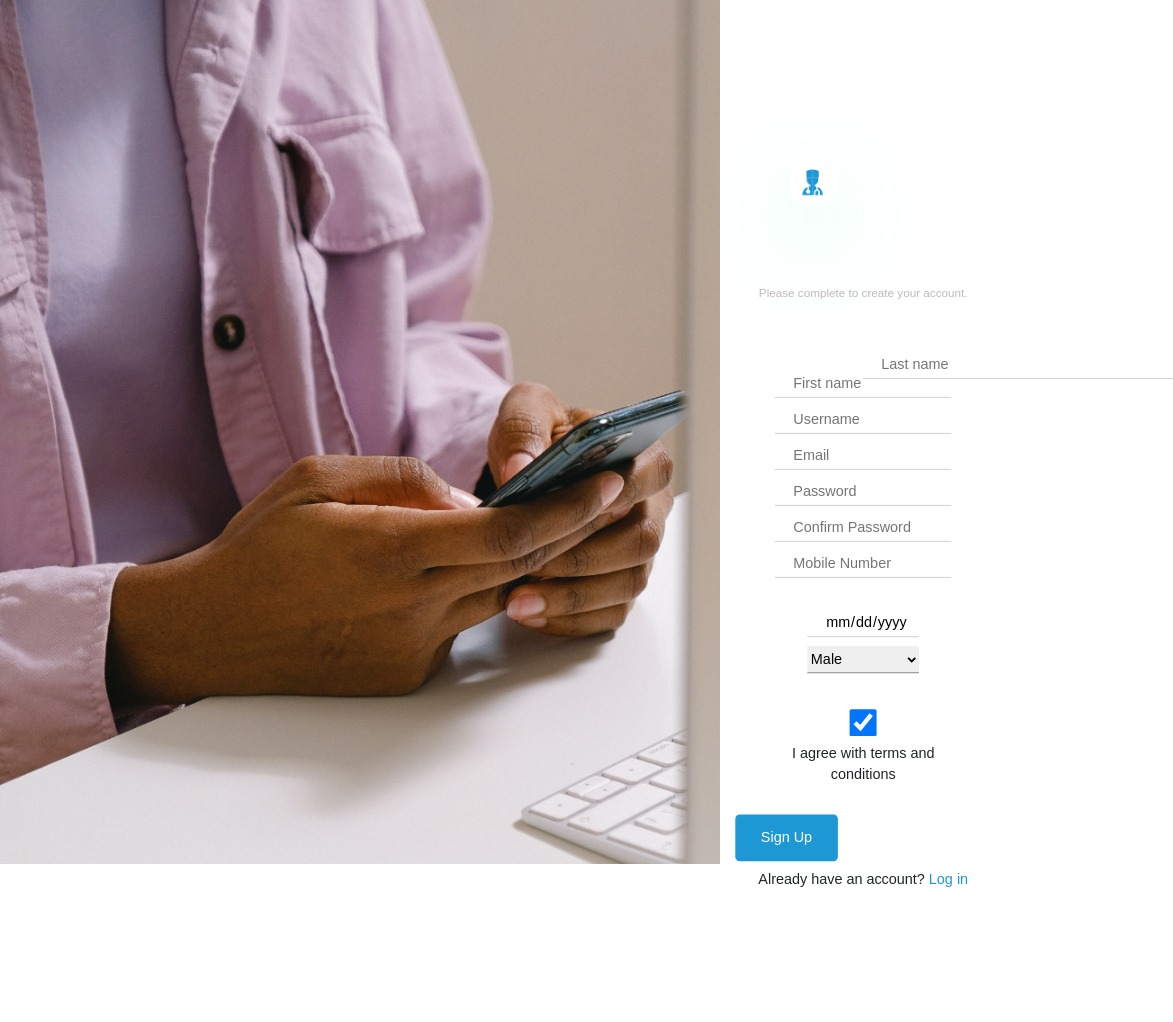
Repository: nsra/hadeel_doctor_system
Page: patient/register.html
The author's editor kept a copy of each file at every save. The page is drawn from the files as they stood at one save, then again after the next save.
The browser window is 1280 px wide. The page is 1303 px wide, so the pictures cover 1303 px, including what lies to the right of the window. The pictures show the whole page, at 90% of full size.
Some web fonts or font styles are not loaded; a fallback is used. Some web libraries are served in a nearby version.

Above is the page before, as saved 2022-03-29 17:08:17.

### patient/register.html
<!DOCTYPE html>
<html lang="en">
<head>
    <meta charset="UTF-8">
    <meta http-equiv="content-type" content="text/html; charset=UTF-8">
    <title>DrSaver</title>
    <link rel="shortcut icon" href="../assets/img/doctor.png" type="image/x-icon">
    <link rel="stylesheet" href="https://maxcdn.bootstrapcdn.com/bootstrap/4.0.0/css/bootstrap.min.css" integrity="sha384-Gn5384xqQ1aoWXA+058RXPxPg6fy4IWvTNh0E263XmFcJlSAwiGgFAW/dAiS6JXm" crossorigin="anonymous">
    <link rel="stylesheet" href="https://pro.fontawesome.com/releases/v5.10.0/css/all.css" integrity="sha384-AYmEC3Yw5cVb3ZcuHtOA93w35dYTsvhLPVnYs9eStHfGJvOvKxVfELGroGkvsg+p" crossorigin="anonymous"/>
    <link rel="stylesheet" href="../assets/css/style.css" type="text/css">
    <link rel="preconnect" href="https://fonts.gstatic.com">
    <link href="https://fonts.googleapis.com/css2?family=Tajawal:wght@700&display=swap" rel="stylesheet">
    <meta name="viewport" content="width=device-width, initial-scale=1, shrink-to-fit=no">
</head>
<body>
<section class="loginSection">
    <div class="row window-full">
        <div class="hero col-6 float-right ">
           <img  src="../assets/img/pregister.png"></img>

        </div>
        <div class="col-6 float-left text-center">
            <img class="fleft" src="../assets/img/drsaver.png"></img>
            <div class="fright pd-y">

              <br>
           <p  class="pcol">Please complete to create your account.</p>

          <form action="action_page.php" method="post">


            <div class="container">

                    <input type="text" class="fname "placeholder="First name" name="fname" required>
                    <input type="text"  class="lname" placeholder="Last name" name="lname" required>

                <input type="text" placeholder="Username" name="Username" required>
              <input type="email" placeholder="Email" name="email" required>
              <input type="password" placeholder="Password" name="psw" required>
              <input type="password" placeholder="Confirm Password" name="cpsw" required>
              <input type="number" placeholder="Mobile Number" name="mobile" required>
              <div class="container" >
                <input type="date"placeholder="DOP" name="DOP" required>

                <select id="gender" name="gender">
                    <option value="Male">Male</option>
                    <option value="Female">Female</option>
                    <option value="Other">other</option>
                  </select>
              </div>
          <br>

              <label>
                <input type="checkbox" checked="checked" name="term">  I agree with terms and conditions
              </label>

            </div>


        <button type="button" onclick="document.getElementById('id01').style.display='none'"  >Sign Up</button>

      <p>Already have an account? <span id="cplue">Log in</span> </p>


          </form>
        </div>
      </div>
    </div>
</section>

<script src="https://ajax.googleapis.com/ajax/libs/jquery/3.5.1/jquery.min.js"></script>
<!-- Popper.JS -->
<script src="https://cdnjs.cloudflare.com/ajax/libs/popper.js/1.14.0/umd/popper.min.js" integrity="sha384-cs/chFZiN24E4KMATLdqdvsezGxaGsi4hLGOzlXwp5UZB1LY//20VyM2taTB4QvJ" crossorigin="anonymous"></script>
<!-- Bootstrap JS -->
<script src="https://stackpath.bootstrapcdn.com/bootstrap/4.1.0/js/bootstrap.min.js" integrity="sha384-uefMccjFJAIv6A+rW+L4AHf99KvxDjWSu1z9VI8SKNVmz4sk7buKt/6v9KI65qnm" crossorigin="anonymous"></script>
<script src="assets/js/scripts.js"></script>

</body>
</html>

### assets/css/style.css
 /*common*/


.overlay{
    position:absolute;
    width:  100%;
    height: 100%;
    top: 0;
    left: 0;
    background-color: rgba(3, 3, 3, 0.7);
}
.hover-opacity{
    transition: opacity .5s;
}
.hover-opacity:hover{
opacity: 0.8;
}

/*general css*/
:root{
    --maincolor:#6195ff;
}
*{
    margin: 0;
    padding: 0;
    box-sizing: border-box;
}
ul{
    list-style: none;
}
.container{
    width: 80%;

    margin: auto;/*elment in the center*/
}
body{
    font-family: 'Varela Round', sans-serif;
}
.clear{
    clear: both;
}
h1,h2,h3,h4,h5,h6{
    font-family: montserrat,sans-serif;
}
button{
    font-family: inherit;
}
a{
    text-decoration: none;
}
.pd-y{
    padding: 100px 0;
}
.section-header{
    text-align: center;
    margin-bottom: 20px;
}
.section-header .section-title{
    font-size: 35px;
    text-transform: capitalize;
    margin-bottom: 10px;
}
.section-header .line{
display: block;
height: 5px;
width: 60px;
margin: 0 auto 70px auto;
background-color: var(--maincolor);
}

.ltr-effect,.tb-effect{
    position: relative;
}
.ltr-effect::after,.tb-effect::after{
position: absolute;
content: "";
top: 0;
right: 0;
left: 0;
bottom: 0;
background: #333;
z-index:-1 ;

}
.ltr-effect:hover::after{
width: 100%;
}
.ltr-effect::after{
    width: 0;
    transition: width 0.5s;
}
.tb-effect::after{
 height: 0;
 transition: height 0.5s;

}
.tb-effect:hover::after{
height: 100%;
}
/* header*/
.header{
    position:fixed;
    width: 100%;
    z-index: 15;
    height: 10%;
  }

 b{
     color: #ffff;

 }
.header .logo{
    width: 50%;
  float: left;
 }
.header .logo img{
    width: 120px;
    margin-left: 20px;
   }
.header .nav{
    width: 50%;
     float: left;
    list-style: none;
    text-align: right;
}
.header .nav > li{
    display: inline-block;

    text-align: right;
}
.header .nav > li > a{
    color: #fff;
    font-size: 15px;

    display: block;
    padding: 30px 15px;
}

.header .nav > li > a.active:after{
content: "";
display: block;
margin-top: 2px;
height: 3px;
background-color: #6195ff;
transition: width 0.5s;

}
.header .nav > li > a.active:after{
    width: 100%;
}

.header .nav > li > a:after{
width: 0;
}
.header .nav > li > a:hover::after{
    width: 100%;
    }
    .dropdown{
        position: relative;
    }
    .dropdown-menu{
        position: absolute;
        background: #6195ff;
        width: 150px;
        text-align: right;
        left: -50%;
        top: 70%;
        opacity: 0;
        visibility: hidden;
        transition: opacity 0.5s;
    }
    .dropdown-menu a{
        color:#fff;
        display: block;
        padding: 10px;

    }
    .dropdown:hover .dropdown-menu{
        opacity: 1;
        visibility:visible;
    }
/*Home section*/
.home{
    height: 100vh;
    background-image: url(../img/background.png);
    background-size: cover;
    position: relative;
}
.home-content{
    position: absolute;
    width: 65%;
    top: 50%;
    left: 50%;
    transform: translate(-50%,-50%);
    text-align: left;
}
.home .title{

margin: 20px 0;
color: var(--maincolor);
letter-spacing: 2px;
line-height: 1.5;
}
.home .home-desc{
    color: #fff;
    font-size: 3.5rem;
    text-transform: uppercase;
}
.home .btn{
    max-width: 150px;
    padding: 15px 0;
    border-radius: 5px;
    border: 0;
    cursor: pointer;
    font-size: 18px;
}

.home .btn-learn{
    background-color: #6195ff;
    color:#fff;

}

nav{
    font-size: 18px;
}
.navbar-light .navbar-brand{
    font-size: 32px;
 }

.navbar-light .navbar-nav .nav-link{
    color: black;
}

 #cplue{
     color:#1E97D5 ;
 }
 .bplue{
background-color: #dce0e4;
 color: #1E97D5;
 }
 .fleft{
     position: relative;
     margin-top: 11%;
    margin-right: 20%;
 }
 .fright{
     position:absolute;
     right:25%;
     top: 20%;
 }
 .pcol{
     color: rgb(189, 185, 185);
     font-size: small;
 }

/*About section*/

.about-content{
    overflow: hidden;
}
.about-item{
     width: 30%;
    float: left;
text-align: center;
border: 1px solid #e8e8e8;
padding: 50px 20px;
}

.about-item.mg{
    margin: 0 5%;
}
.about-item:hover .about-item-title{
    color: #fff;
}
.about-item .icon{
    color: #6195ff;
    margin-bottom: 10px;
}
.about-item-title{
    text-transform: capitalize;
    margin-bottom: 10px;
    transition: color 0.5s;
}
.about-item-desc{
    line-height: 1.6;
    margin-bottom: 10px;
    color:#999 ;
}
.about-item-link{
color: #6195ff;
text-transform: capitalize;
}

/*number section*/
.numbers{
    position: relative;
    background-image: url(../img/background.png);
    background-size: cover;
    background-attachment: fixed;
    height: 300px;
}
.numbers-item{
    overflow: hidden;

}
.number-item{
width: 25%;
float: left;
text-align: center;
}
.number-item .icon{
    color: #6195ff;
    margin-bottom: 15px;
}
.number-item-title{
    font-weight: bold;
    font-size: 30px;
    color: #fff;

}
.number-item-text{
    color: #fff;
}

/*Blog page*/
.blog{
    background: #f9f9f9;
}

.blog-content{
    overflow: hidden;
}
.blog-item{
    width: 30%;
    float: left;
    background: #fff;
}
.blog-item-img img{
width: 100%;
}

.blog-info{
    padding: 20px;
}

.blog-list{
    list-style: none;
    margin: 20px 0;
}
.blog-list li{
    display: inline-block;
    margin: 0 5px;
}

.blog-list li i{
    color: #6195ff;
}
.blog-title{
    font-weight: bold;
    margin: 20px 0;
}
.blog-desc{
    color: #999;
    margin-bottom: 10px;
    line-height: 1.5;
 }
.blog-link{
    color: #6195ff;
}
.blog-item.mg{
    margin: 0 5%;
}

/*contact section*/

/*footer section*/
.footer{
    background: #1c1d23;
    text-align: center;
    padding: 60px 0;
}
.footer-links{
    list-style: none;
    margin: 20px 0;
}
.footer-links li{
    display: inline-block;

}
.footer-links li a{
    display: block;
    width: 50px;
    height: 50px;
    background: #6195ff;
    color: #fff;
    margin: 0 5px;
    border-radius: 50%;
}
.footer-links li a i{
    line-height: 50px;
}

.footer .copyright{
    color: #999;
    font-size: 15px;
    text-transform: uppercase;
}

 /********login******/


  /* Full-width inputs */
  input[type=text], input[type=password] ,input[type=email],input[type=number],input[type=date],input[type=submit]{
    width: 100%;
    padding: 12px 20px;
    margin: 10px 0 ;

    display:flex;
    border: none;
    border-bottom: 1px solid #ccc;

  }

  /* Set a style for all buttons */
  button {
    background-color: #1E97D5;
    color: white;
    padding: 14px 20px;
    margin: 8px 0;
    border: none;
    cursor: pointer;
    width: 40%;

    border-radius: 5px;
  }
  .but{
    padding-top: 10%;
  margin-left: 10%;

    align-items: center;
  }
  /* Add a hover effect for buttons */
  button:hover {
    opacity: 0.8;
  }



  /* Add padding to containers */
  .container {
    padding: 16px;

  }

  .psw{
      margin-left: 60px;
  }
  .signbtn{
      color: #000;
      background-color: #fff;
      border: 1px solid #1E97D5;
  }
  .signbtn:hover{
    background-color: #1E97D5;
    opacity: 0.8;
  }
  .fname{
    position: relative;
  margin-right: 10%;
  }
  .lname {
    position: absolute;
    top: 20%;
    left: 50%;
  }

  /* Change styles for span and cancel button on extra small screens */
  @media screen and (max-width: 300px) {
    span.psw {
      display: block;
      float: none;
    }
    .cancelbtn {
      width: 100%;
    }
  }

.rate{
    margin: 10px;
    float: left;
    background: #eeeeee;
    border-radius: 30px;
}
.rate i{
    color: #ffdb00;
}

.footer {
    display: flex;
    flex-flow: row wrap;
    padding: 30px 30px 20px 30px;
    color: #2f2f2f;
    background-color: #fff;
    border-top: 1px solid #e5e5e5;
  }

  .footer > * {
    flex:  1 100%;
  }

  .footer__addr {
    margin-right: 1.25em;
    margin-bottom: 2em;
  }

  .footer__logo {
    font-family: 'Pacifico', cursive;
    font-weight: 400;
    text-transform: lowercase;
    font-size: 1.5rem;
  }

  .footer__addr h2 {
    margin-top: 1.3em;
    font-size: 15px;
    font-weight: 400;
  }

  .nav__title {
    font-weight: 400;
    font-size: 15px;
  }

  .footer address {
    font-style: normal;
    color: #999;
  }

  .footer__btn {
    display: flex;
    align-items: center;
    justify-content: center;
    height: 36px;
    max-width: max-content;
    background-color: rgb(33, 33, 33, 0.07);
    border-radius: 100px;
    color: #2f2f2f;
    line-height: 0;
    margin: 0.6em 0;
    font-size: 1rem;
    padding: 0 1.3em;
  }

  .footer ul {
    list-style: none;
    padding-left: 0;
  }

  .footer li {
    line-height: 2em;
  }

  .footer a {
    text-decoration: none;
  }

  .footer__nav {
    display: flex;
      flex-flow: row wrap;
  }

  .footer__nav > * {
    flex: 1 50%;
    margin-right: 1.25em;
  }

  .nav__ul a {
    color: #999;
  }

  .nav__ul--extra {
    column-count: 2;
    column-gap: 1.25em;
  }

  .legal {
    display: flex;
    flex-wrap: wrap;
    color: #999;
  }

  .legal__links {
    display: flex;
    align-items: center;
  }

.social{
    padding-top: 50px;
    margin-left: 700px;

}
.socialItem{
   color: #1E97D5;
    border-radius: 50%;
    line-height: 2;
    margin: 15px;
}
.socialItem:hover{
    background: #6db4e4;
    border:  2px white;

}
  .heart {
    color: #2f2f2f;
  }

  @media screen and (min-width: 24.375em) {
    .legal .legal__links {
      margin-left: auto;
    }
  }

  @media screen and (min-width: 40.375em) {
    .footer__nav > * {
      flex: 1;
    }

    .nav__item--extra {
      flex-grow: 2;
    }

    .footer__addr {
      flex: 1 0px;
    }

    .footer__nav {
      flex: 2 0px;
    }
  }
/******** about page ***********/
.heroSection img{
    border-radius: 30px;
}
/******** Pprofile page ***********/

.sidebar {
  margin: 0;
  margin-left: 10%;
  padding: 0;
  width: 30%;
  text-align: center;
  position: absolute;
  height: 100%;
  overflow: auto;

}
 .sidebar a {
  display: block;
  color: black;
  padding: 16px;
  text-decoration: none;
}

@media screen and (max-width: 700px) {
  .sidebar {
    width: 100%;
    height: auto;
    position: relative;
  }
  .sidebar a {float: left;}
  div.content {margin-left: 0;}
}

@media screen and (max-width: 400px) {
  .sidebar a {
    text-align: center;
    float: none;
  }
}


.card{
  width: 95%;
 }

.update{

border: none;
margin-left: 100px;
color: white;
padding: 15px 32px;
text-align: center;
text-decoration: none;
display: inline-block;
font-size: 16px;
}

 ul{
  list-style-type: none;
 }

 input,select{
  height: 30px;
  border:none;
  border-bottom: 1px solid gray;
  outline: none;
 width: 100%;

}
.staryel{
     color: yellow;
 }
form{
display: flex;

width: 100%;
height: 90%;
margin-top:20px;
padding:30px;
display: flex;

flex-direction: column;
justify-content: space-around;
border-radius: 5px;

}

### assets/js/scripts.js
$("#profileImage").click(function(e) {
    $("#imageUpload").click();
});
/****** 100 vh section **********/
var elements = document.getElementsByClassName('window-full');
var windowheight = window.innerHeight + "px";

fullheight(elements);
function fullheight(elements) {
    for(let el in elements){
        if(elements.hasOwnProperty(el)){
            elements[el].style.height = windowheight;
        }
    }
}

window.onresize = function(event){
    fullheight(elements);
}

After the next save:
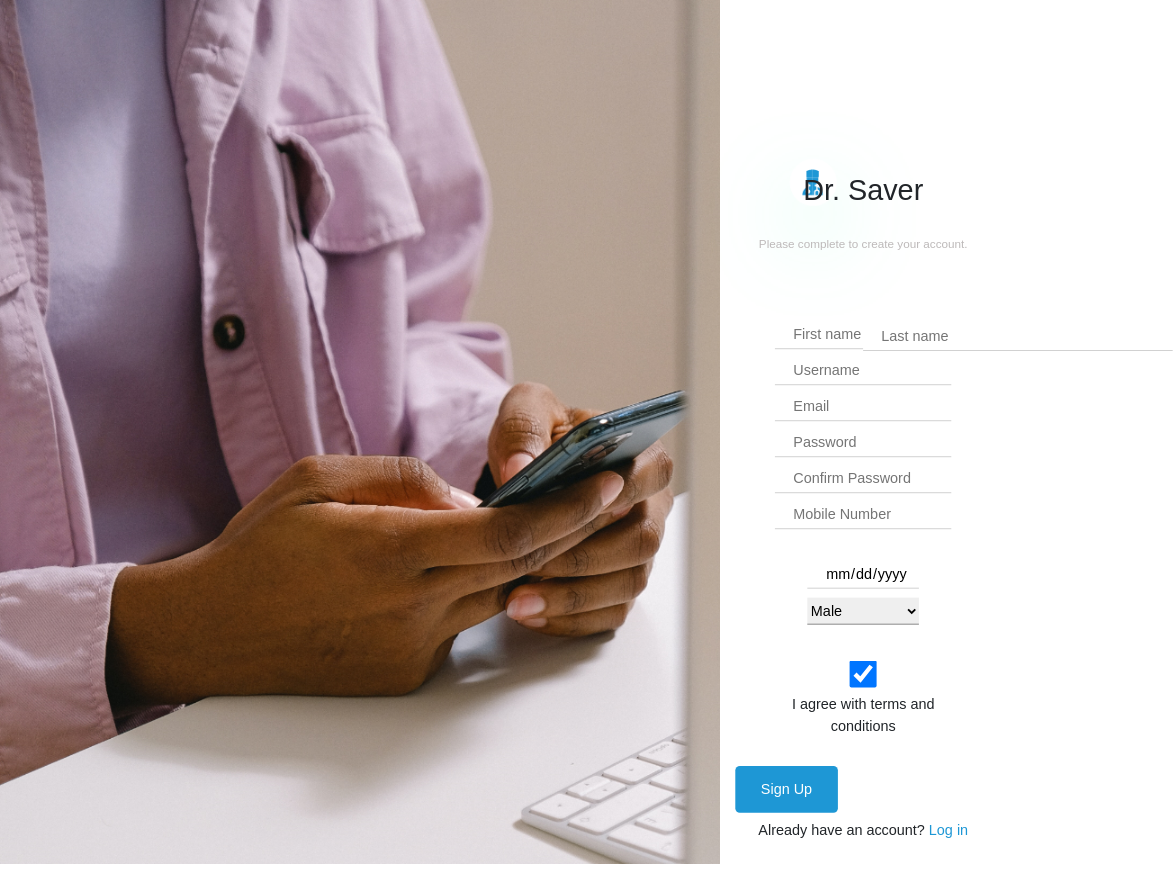
Saved 13 s later.
--- a/patient/register.html
+++ b/patient/register.html
@@ -21,8 +21,8 @@
         </div>
         <div class="col-6 float-left text-center">
             <img class="fleft" src="../assets/img/drsaver.png"></img>
-            <div class="fright pd-y">
-
+            <div class="fright">
+            <h2> Dr. Saver </h2>
               <br>
            <p  class="pcol">Please complete to create your account.</p>
 
